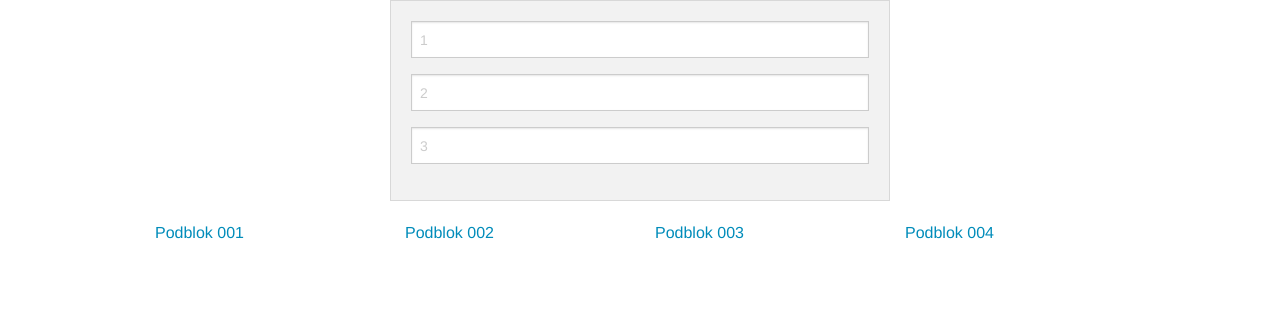
Repository: binczyk/RepoComarch
Page: strona/WebContent/foundation-5.5.2/exercise2.html
The author's editor kept a copy of each file at every save. The page is drawn from the files as they stood at one save, then again after the next save.
The browser window is 1280 px wide. The pictures show the whole page.

Above is the page before, as saved 2015-07-14 07:51:23.

After the next save:
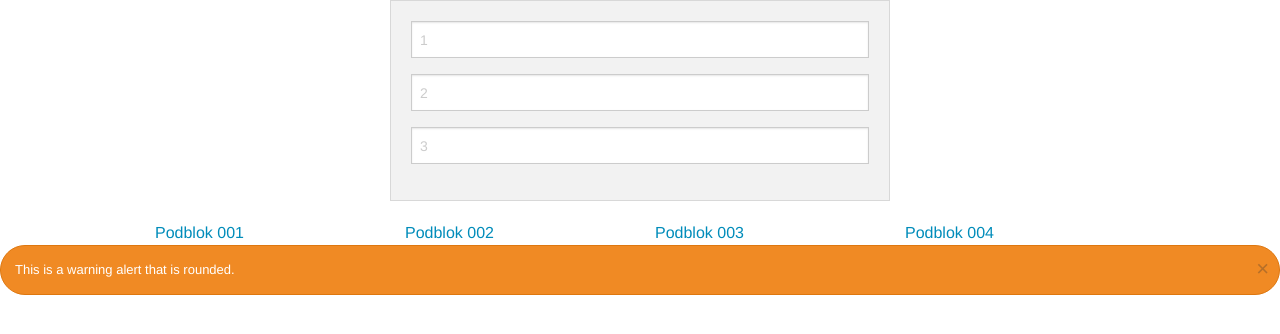
Saved 81 s later.
--- a/strona/WebContent/foundation-5.5.2/exercise2.html
+++ b/strona/WebContent/foundation-5.5.2/exercise2.html
@@ -41,6 +41,11 @@
   <a class="close-reveal-modal" aria-label="Close">&#215;</a>
 </div>
 
+<div data-alert class="alert-box warning round">
+  This is a warning alert that is rounded.
+  <a href="#" class="close">&times;</a>
+</div>
+
 	<script src="js/vendor/jquery.js"></script>
     <script src="js/foundation.min.js"></script>
     <script>
